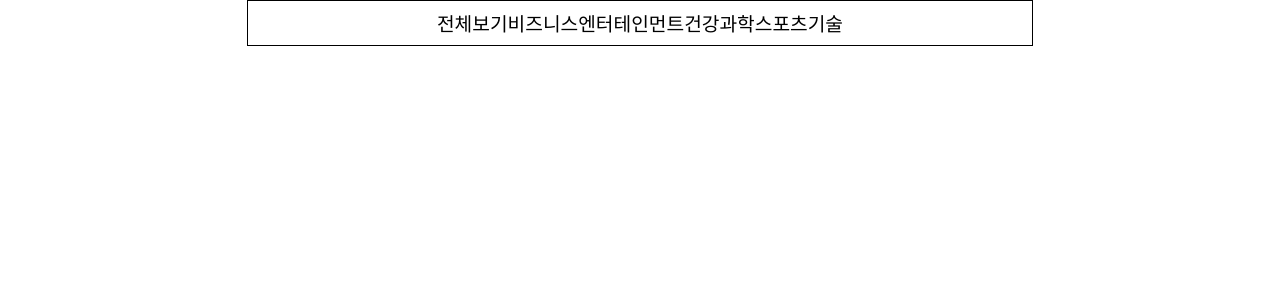
Repository: parkhyeonki/news-viewer
Page: /
An editor plug-in stored every save of this project. The page is shown before and after the next save, followed by the edit.
The browser window is 1280 px wide. The pictures show the whole page.
The page's requests for data from a server got no answer. The project was rebuilt for these pictures with package versions that can differ from the ones it lists, and the page was loaded fresh each time. No one was signed in, and anything a server would have sent is missing. Also part of the build but not shown: src/App.css, src/components/NewsItem/NewsItem.js.

Above is the page before, as saved 2022-05-19 15:48:38.

### src/App.js
import './App.css';
import Categories from './components/Categories/Categories';
import NewsList from './components/NewsList/NewsList';

function App() {
  return (
    <>
      <Categories />
      <NewsList />
    </>
  );
}

export default App;

### src/components/Categories/Categories.js
import React from 'react';
import styled from 'styled-components';
const categories = [
  {
    name: 'all',
    text: '전체보기',
  },
  {
    name: 'business',
    text: '비즈니스',
  },
  {
    name: 'entertainment',
    text: '엔터테인먼트',
  },
  {
    name: 'health',
    text: '건강',
  },
  {
    name: 'science',
    text: '과학',
  },
  {
    name: 'sports',
    text: '스포츠',
  },
  {
    name: 'technology',
    text: '기술',
  },
];

const CategoriesBlock = styled.div`
  display: flex;
  align-items: center;
  justify-content: center;
  border: 1px solid black;
  width: 768px;
  margin: 0 auto;
  padding: 0.5rem;
  font-size: 1.2rem;
`;

const Category = styled.div``;

const Categories = () => {
  return (
    <CategoriesBlock>
      {categories.map((category) => (
        <Category key={category.name}>{category.text}</Category>
      ))}
    </CategoriesBlock>
  );
};

export default Categories;

### src/components/NewsList/NewsList.js
import axios from 'axios';
import React, { useEffect, useState } from 'react';
import styled from 'styled-components';
import NewsItem from '../NewsItem/NewsItem';
const NewsListBlock = styled.div`
  box-sizing: border-box;
  padding-bottom: 3rem;
  width: 768px;
  margin: 0 auto;
  margin-top: 2rem;
  @media screen and (max-width: 768px) {
    width: 100%;
    padding-left: 1rem;
    padding-right: 1rem;
  }
`;
const NewsList = () => {
  const [articles, setArticles] = useState(null);
  const [loading, setLoading] = useState(false);

  useEffect(() => {
    const fetchData = async () => {
      setLoading(true);
      try {
        const response = await axios.get(
          'https://newsapi.org/v2/top-headlines?country=kr&category=business&apiKey=05f1b59ba99c4b2cb7579cb88e16cfcd',
        );
        setArticles(response.data.articles);
      } catch (e) {
        console.log(e);
      }
      setLoading(false);
    };
    fetchData();
  }, []);

  if (loading) {
    return <NewsListBlock>loading...</NewsListBlock>;
  }

  if (!articles) {
    return null;
  }
  return (
    <NewsListBlock>
      {articles.map((article) => (
        <NewsItem key={article.url} article={article} />
      ))}
    </NewsListBlock>
  );
};

export default NewsList;

Loaded but not shown: public/index.html (common file); src/index.js (common file); src/index.css (common file); src/reportWebVitals.js (common file)

After the next save:
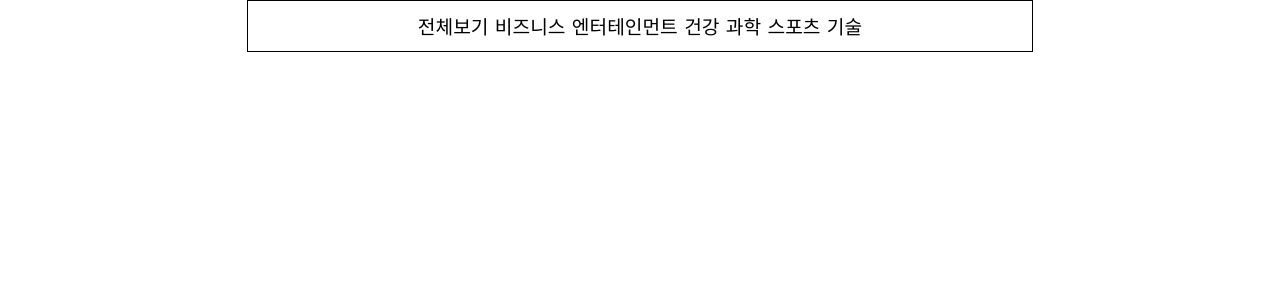
Saved 29 s later.
--- a/src/components/Categories/Categories.js
+++ b/src/components/Categories/Categories.js
@@ -42,7 +42,9 @@ const CategoriesBlock = styled.div`
   font-size: 1.2rem;
 `;
 
-const Category = styled.div``;
+const Category = styled.div`
+  padding: 0.2rem;
+`;
 
 const Categories = () => {
   return (
